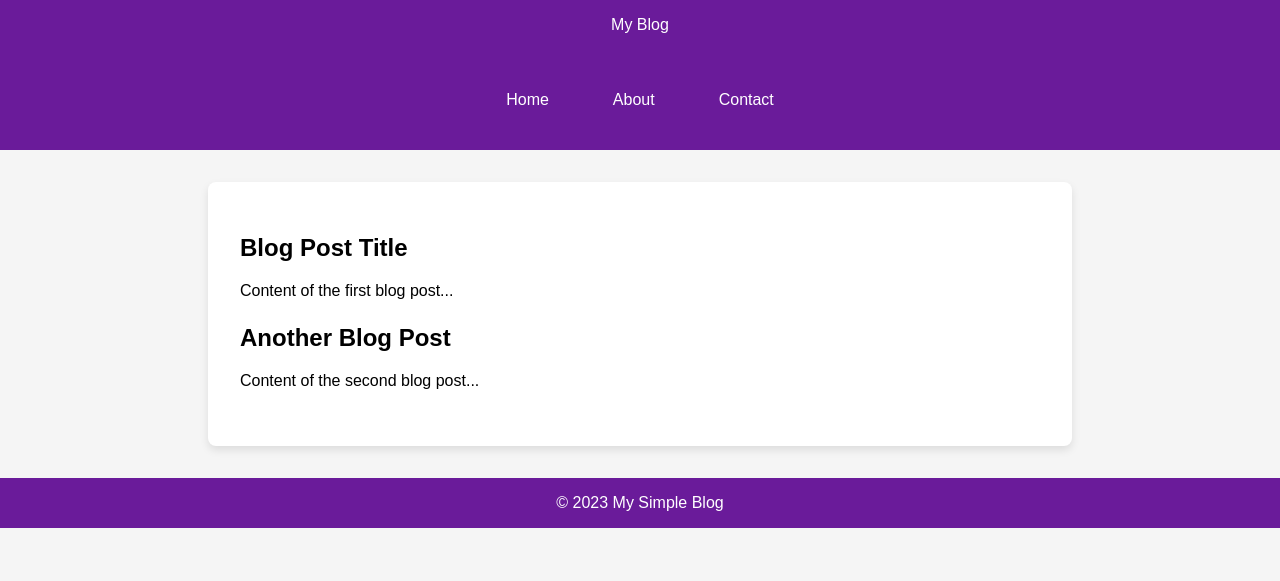
Repository: Femi007-gh/BLOG
Page: index.html
The author's editor kept a copy of each file at every save. The page is drawn from the files as they stood at one save, then again after a run of saves.
The browser window is 1280 px wide. The pictures show the whole page.

Above is the page before, as saved 2025-01-08 09:27:43.

### index.html
<html>
  <head>
    <title>My Blog</title>
    <link rel="stylesheet" href="style.css">
  </head>
  <body>
    <header>My Blog</header>
    <nav>
      <ul>
        <li><a href="#">Home</a></li>
        <li><a href="#">About</a></li>
        <li><a href="#">Contact</a></li>
      </ul>
    </nav>
    <div class="container">
      <div class="blog-post">
        <h2>Blog Post Title</h2>
        <p>Content of the first blog post...</p>
      </div>
      <div class="blog-post">
        <h2>Another Blog Post</h2>
        <p>Content of the second blog post...</p>
      </div>
    </div>
    <footer>
      &copy; 2023 My Simple Blog
    </footer>
  </body>
  </html>

### style.css
body {
  margin: 0;
  font-family: Arial, sans-serif;
  background-color: #f5f5f5;
}

header {
  background-color: #6a1b9a;
  color: white;
  text-align: center;
  padding: 1rem;
  font-weight:
}

nav {
  background-color: #6a1b9a;
  height: 100px;
  display: flex;
  flex-direction: column;
  justify-content: center;
  align-items: center;
  color: white;
}

ul {
  list-style: none;
  margin: 0;
  padding: 0;
  display: flex;
  justify-content: center;
}

li {
  margin: 0 1rem;
}

a {
  color: white;
  text-decoration: none;
  font-family: Arial, sans-serif;
  padding: 0.5rem 1rem;
  display: block;
}

a:hover {
  background-color: #4a148c;
  border-radius: 4px;
}

.container {
  margin: 2rem auto;
  max-width: 800px;
  background-color: white;
  border-radius: 8px;
  padding: 2rem;
  box-shadow: 0 4px 8px rgba(0, 0, 0, 0.1);
}

.blog-post {
  margin-bottom: 1.5rem;
}

footer {
  background-color: #6a1b9a;
  color: white;
  text-align: center;
  padding: 1rem 0;
  margin-top: 2rem;
}

After the next 7 saves:
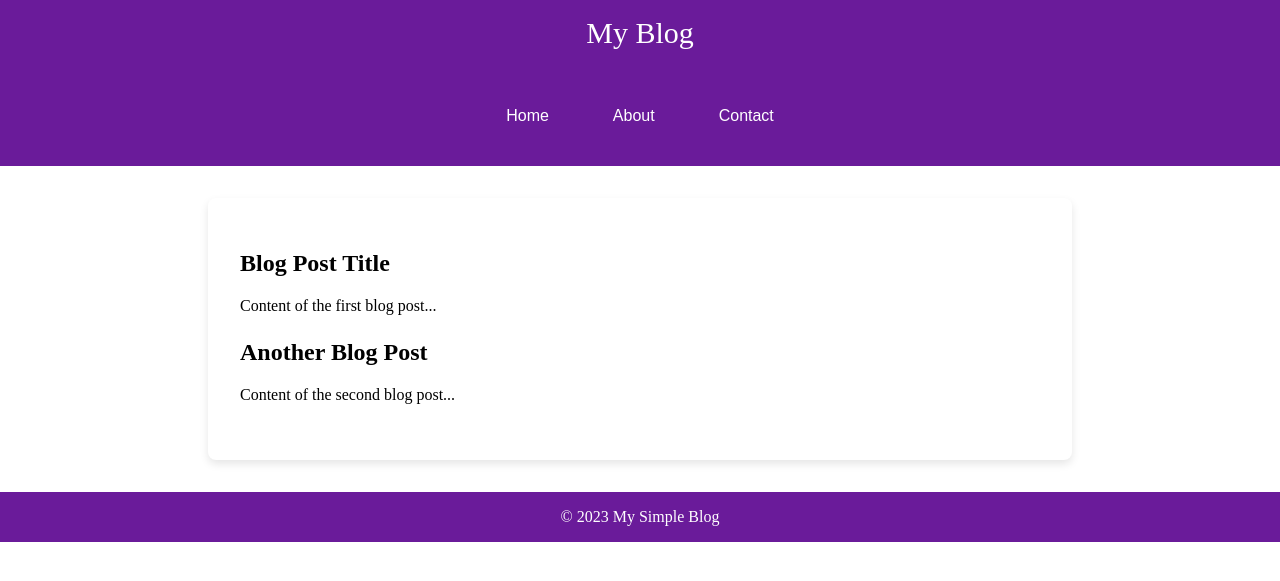
The 7 saves are shown as one change because they came seconds apart.
The last was saved 20 s later.
--- a/style.css
+++ b/style.css
@@ -1,6 +1,6 @@
 body {
   margin: 0;
-  font-family: Arial, sans-serif;
+  font-family: Arial
   background-color: #f5f5f5;
 }
 
@@ -9,7 +9,7 @@ header {
   color: white;
   text-align: center;
   padding: 1rem;
-  font-weight:
+  font-size: 30px;
 }
 
 nav {
